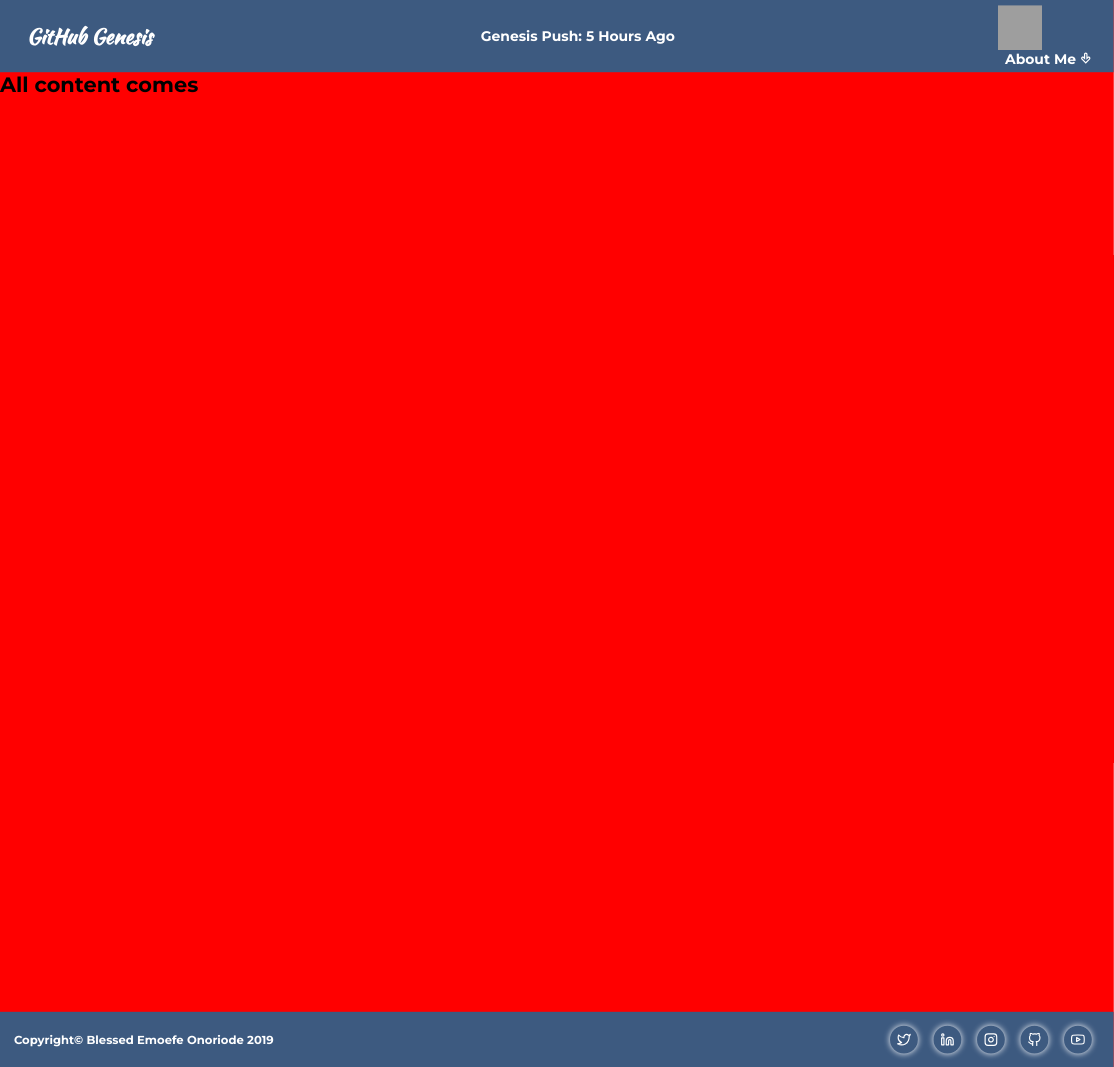
Repository: BlessedEmoefe/github-genesis
Page: /
The author's editor kept a copy of each file at every save. The page is drawn from the files as they stood at one save, then again after the next save.
The browser window is 1280 px wide. The pictures show the whole page, at 87% of full size.
Pictures or frames that could not be fetched are drawn as grey boxes. The project was rebuilt for these pictures with package versions that can differ from the ones it lists, and the page was loaded fresh each time.

Above is the page before, as saved 2021-04-04 21:55:32.

After the next save:
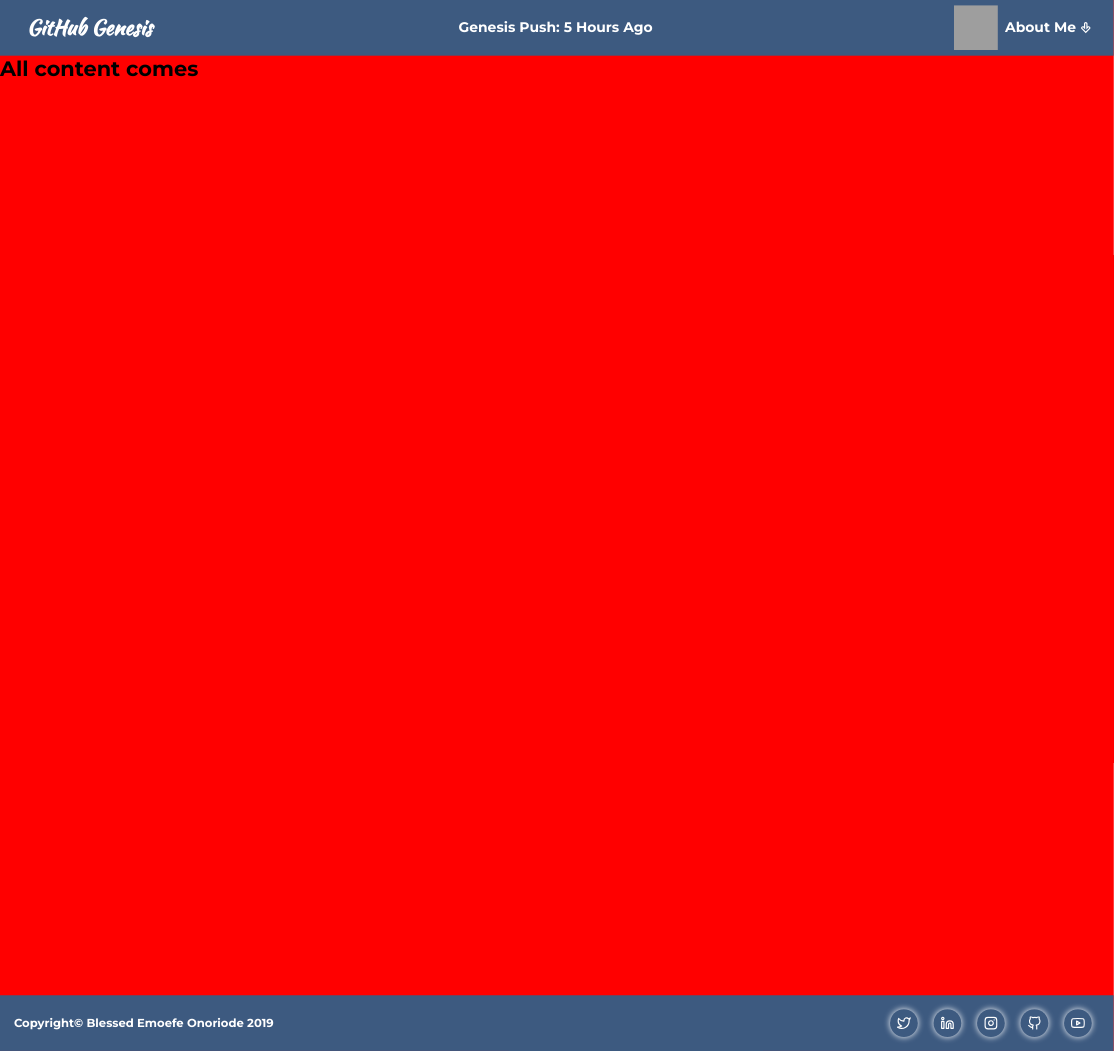
Saved 12 s later.
--- a/src/component/profile/styles.js
+++ b/src/component/profile/styles.js
@@ -10,7 +10,10 @@ export const ProfileStyles = styled.div`
   flex-wrap: wrap;
   /* background: grid-template-columns; */
   z-index: 1;
-  .aboutContainer {
+  .aboutContainer {\
+   display: flex;
+  justify-content: space-around;
+  align-items: center;
     .imageContainer {
       height: 3.2rem;
       width: 3.2rem;
